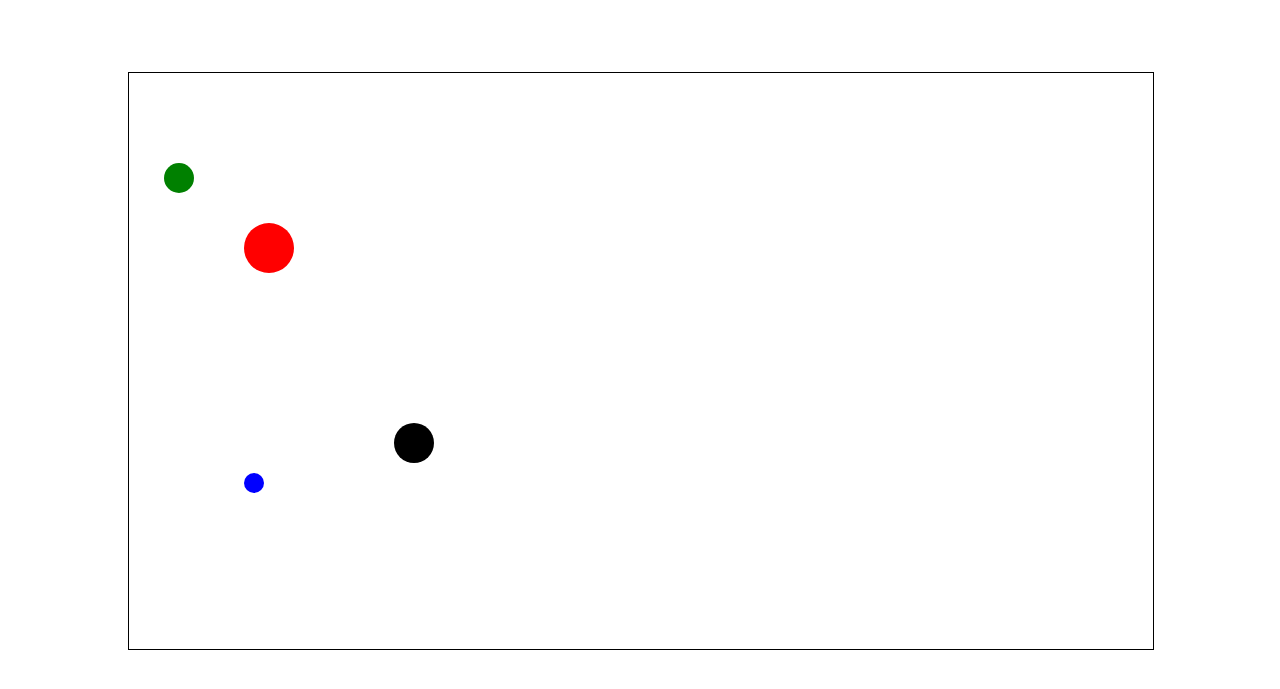
Repository: themoomooo/testgitajout
Page: index.html
An editor plug-in stored every save of this project. The page is shown before and after the next save, followed by the edit.
The browser window is 1280 px wide. The pictures show the whole page.

Above is the page before, as saved 2023-01-23 16:43:48.

### index.html
<!DOCTYPE html>
<html lang="en">
<head>
    <meta charset="UTF-8">
    <meta http-equiv="X-UA-Compatible" content="IE=edge">
    <meta name="viewport" content="width=device-width, initial-scale=1.0">
    <title>Document</title>
</head>
<body>
    <main style="position:absolute; top:10%; left:10%; width:80%;height:80%;border:1px solid #000; overflow:hidden"></main>

<script src="main.js"></script>
</body>

</html>

### main.js


let terrain = document.querySelector('main');

class Ball {
    constructor(x,y,width, height, color, radius){
        this.x=x;
        this.y=y;
        this.width = width;
        this.height = height;
        this.color = color;
        this.radius = radius;
        this.monojectDom = null;

        this.setOjectDom();
    }

    setOjectDom(){
        this.monOjectDom = document.createElement('div');
        this.monOjectDom.style = `position:relative ; top:${this.y}px ; left:${this.x}px; width:${this.width}px ; height:${this.height}px ; background:${this.color}; border-radius:${this.radius}px`;
    }
    getOjectDom(){

        return this.monOjectDom;

    }
    move(){
        this.x += 15;
        this.monOjectDom.style.left = `${this.x}px`;
    }

}




class Prog {

   constructor(terrain){
       this.terrain = terrain;
       this.balles = [];

   }
   add(ball){
    this.balles.push(ball);

   }

   run() {
    this.balles.forEach((ball)=>{
        this.terrain.appendChild(ball.getOjectDom());
    });
       this.move();
    }

    move(){
    for (let i = 0; i < this.balles.length; i++) {
        this.balles[i].move();
       }
    }
}




const monBallon = new Ball(100,150,50,50,'red',25);
const monBallon2 = new Ball(100,350,20,20,'blue',10);
const monBallon3 = new Ball(20,20,30,30,'green',15);
const monBallon4 = new Ball(250,250,40,40,'black',20);
const monprog = new Prog (terrain);
monprog.add(monBallon);
monprog.add(monBallon2);
monprog.add(monBallon3);
monprog.add(monBallon4);
monprog.run();


/*
document.body.append(monBallon.getOjectDom(), monBallon2.getOjectDom());
 */

After the next save:
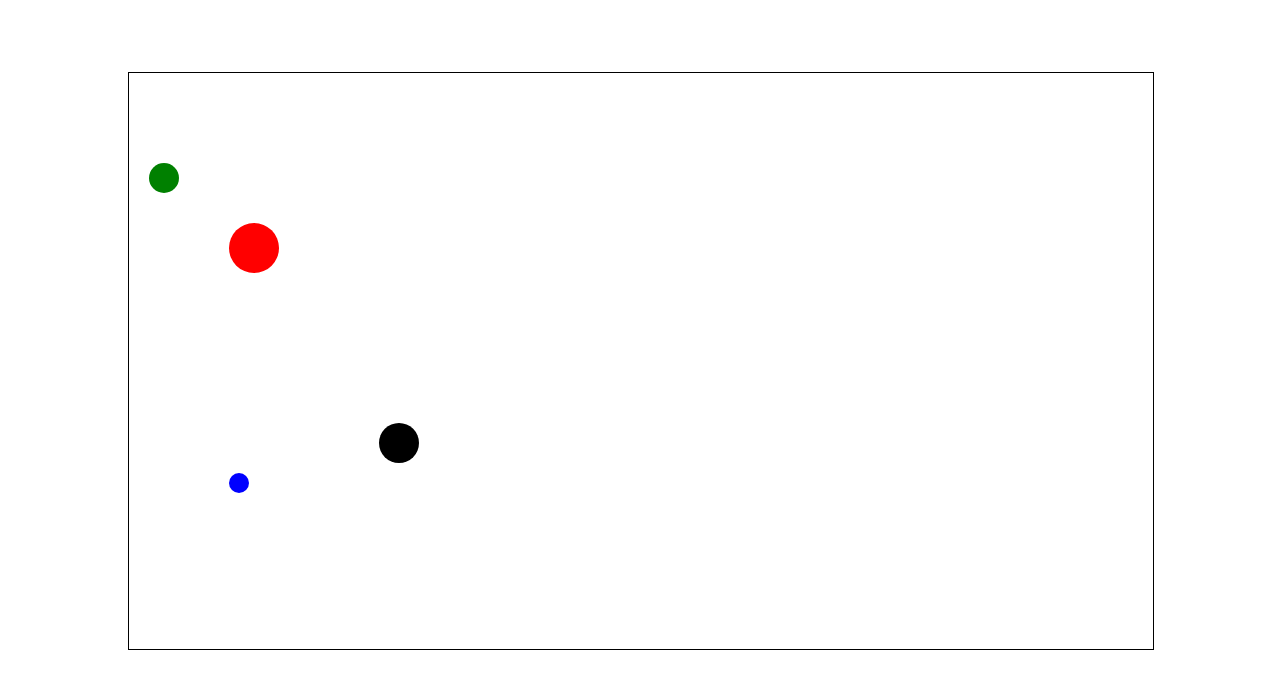
Saved 60 s later.
--- a/main.js
+++ b/main.js
@@ -50,7 +50,7 @@
     this.balles.forEach((ball)=>{
         this.terrain.appendChild(ball.getOjectDom());
     });
-       this.move();
+    this.interval = setInterval(this.imgSuivante, 1000);
     }
 
     move(){

After the 2 saves that followed:
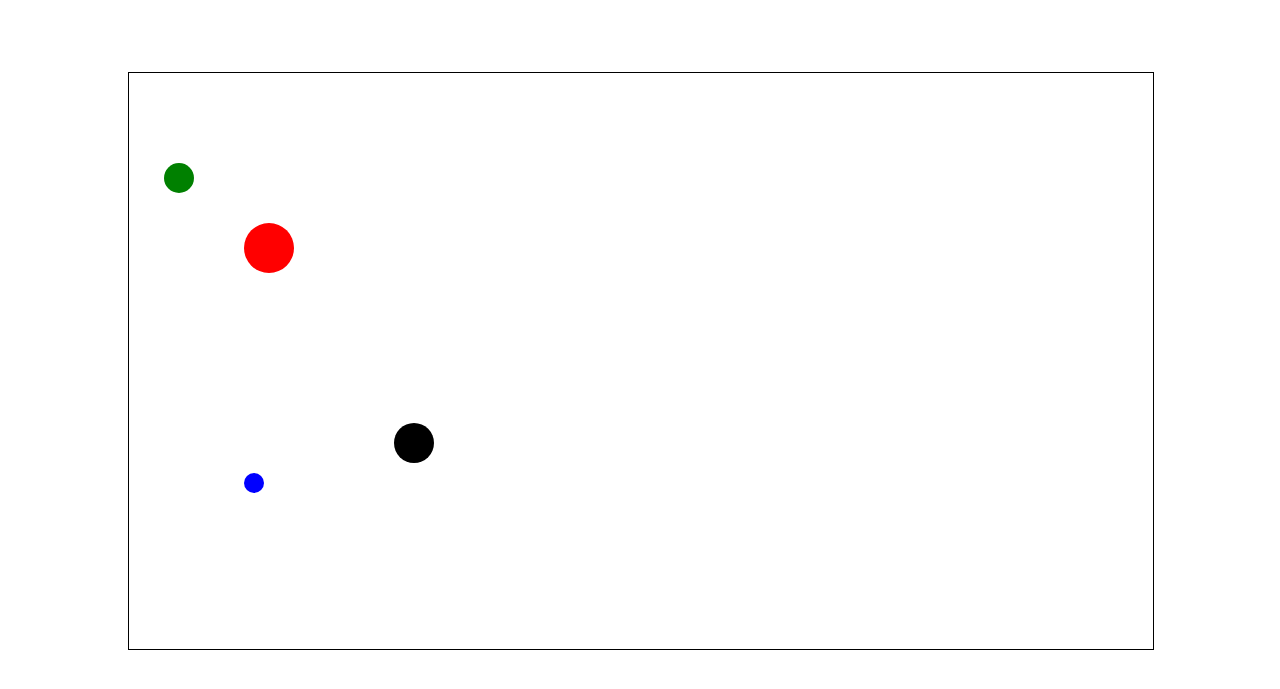
The 2 saves are shown as one change because 1 left the picture as it was.
The last was saved 15 s later.
--- a/main.js
+++ b/main.js
@@ -50,7 +50,7 @@
     this.balles.forEach((ball)=>{
         this.terrain.appendChild(ball.getOjectDom());
     });
-    this.interval = setInterval(this.imgSuivante, 1000);
+    this.interval = setInterval(this.move(), 1000);
     }
 
     move(){
